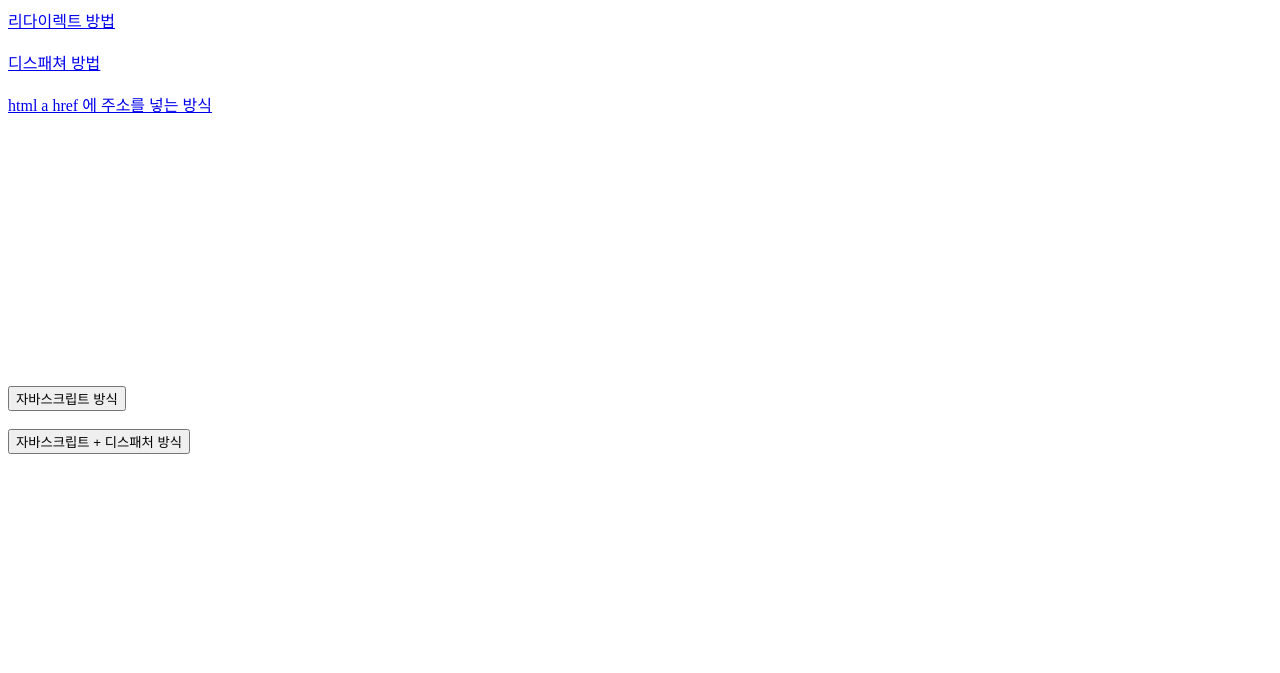
Repository: jaybon1/satstudy
Page: http://localhost/satBlog/
An editor plug-in stored every save of this project. The page is shown before and after the next save, followed by the edit.
The browser window is 1280 px wide. The pictures show the whole page.
The page is served by Tomcat 9.

Above is the page before, as saved 2020-05-29 14:27:54.

After the next save:
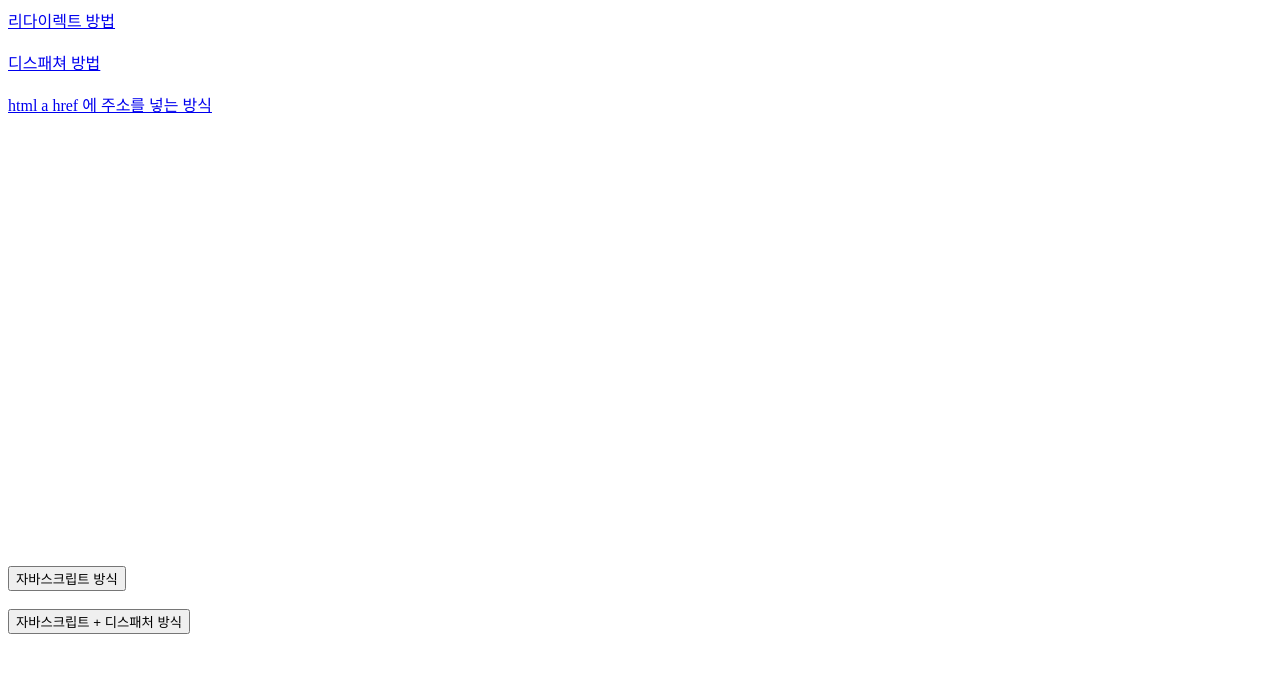
Saved 11 s later.
--- a/satBlog/WebContent/index.jsp
+++ b/satBlog/WebContent/index.jsp
@@ -35,19 +35,29 @@
 
 	<br/>
 	<br/>
-		<br/>
 	<br/>
-		<br/>
 	<br/>
-		<br/>
 	<br/>
-		<br/>
 	<br/>
-		<br/>
 	<br/>
-		<br/>
 	<br/>
-		<br/>
+	<br/>
+	<br/>
+	<br/>
+	<br/>
+	<br/>
+	<br/>
+	<br/>
+	<br/>
+	<br/>
+	<br/>
+	<br/>
+	<br/>
+	<br/>
+	<br/>
+	<br/>
+	<br/>
+	<br/>
 	<br/>
 
 
